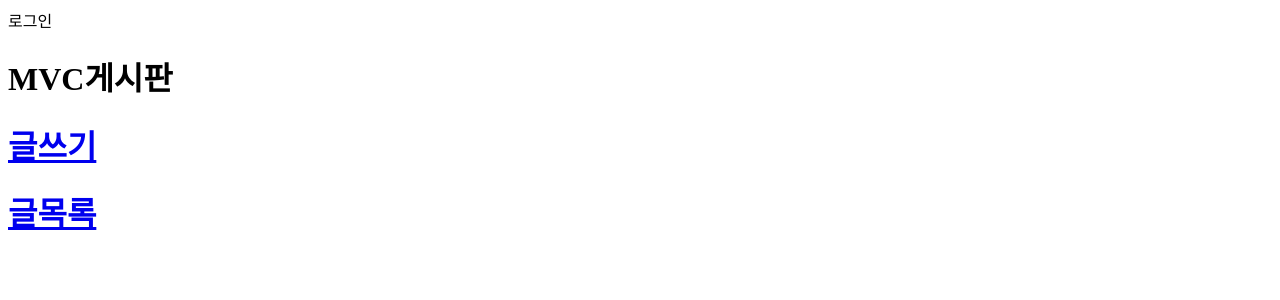
Repository: ReadStar/Jsp_MVC
Page: http://localhost/MVC_Board/
An editor plug-in stored every save of this project. The page is shown before and after the next save, followed by the edit.
The browser window is 1280 px wide. The pictures show the whole page.
The page is served by Tomcat 9. Other server files are loaded and not shown.

Above is the page before, as saved 2020-11-24 00:29:57.

### MVC_Board/WebContent/index.jsp
<%@ page language="java" contentType="text/html; charset=UTF-8"
    pageEncoding="UTF-8"%>
<!DOCTYPE html>
<html>
<head>
<meta charset="UTF-8">
<title>Insert title here</title>
</head>
<body>
	<section><a href="MemberLoginForm.me"></a>로그인</a></section>
	<h1>MVC게시판</h1>
	<h1><a href="BoardWriteForm.bo">글쓰기</a></h1>
	<h1><a href="BoardList.bo">글목록</a></h1>
</body>
</html>

After the next save:
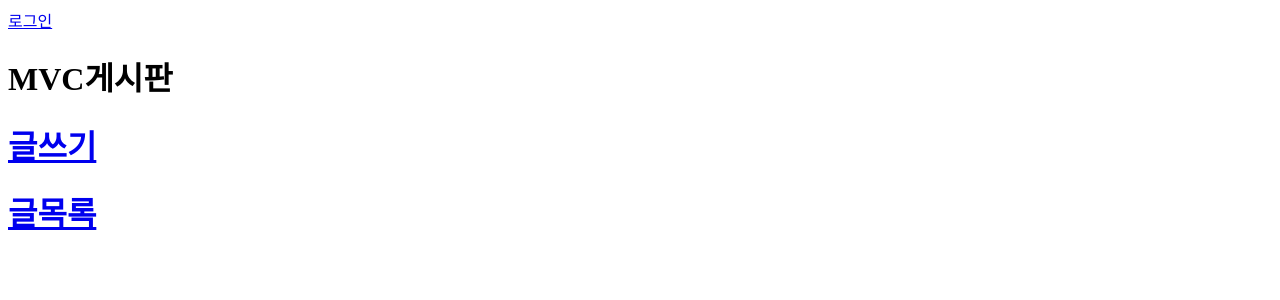
Saved 22 s later.
--- a/MVC_Board/WebContent/index.jsp
+++ b/MVC_Board/WebContent/index.jsp
@@ -7,7 +7,7 @@
 <title>Insert title here</title>
 </head>
 <body>
-	<section><a href="MemberLoginForm.me"></a>로그인</a></section>
+	<section><a href="MemberLoginForm.me">로그인</a></section>
 	<h1>MVC게시판</h1>
 	<h1><a href="BoardWriteForm.bo">글쓰기</a></h1>
 	<h1><a href="BoardList.bo">글목록</a></h1>
